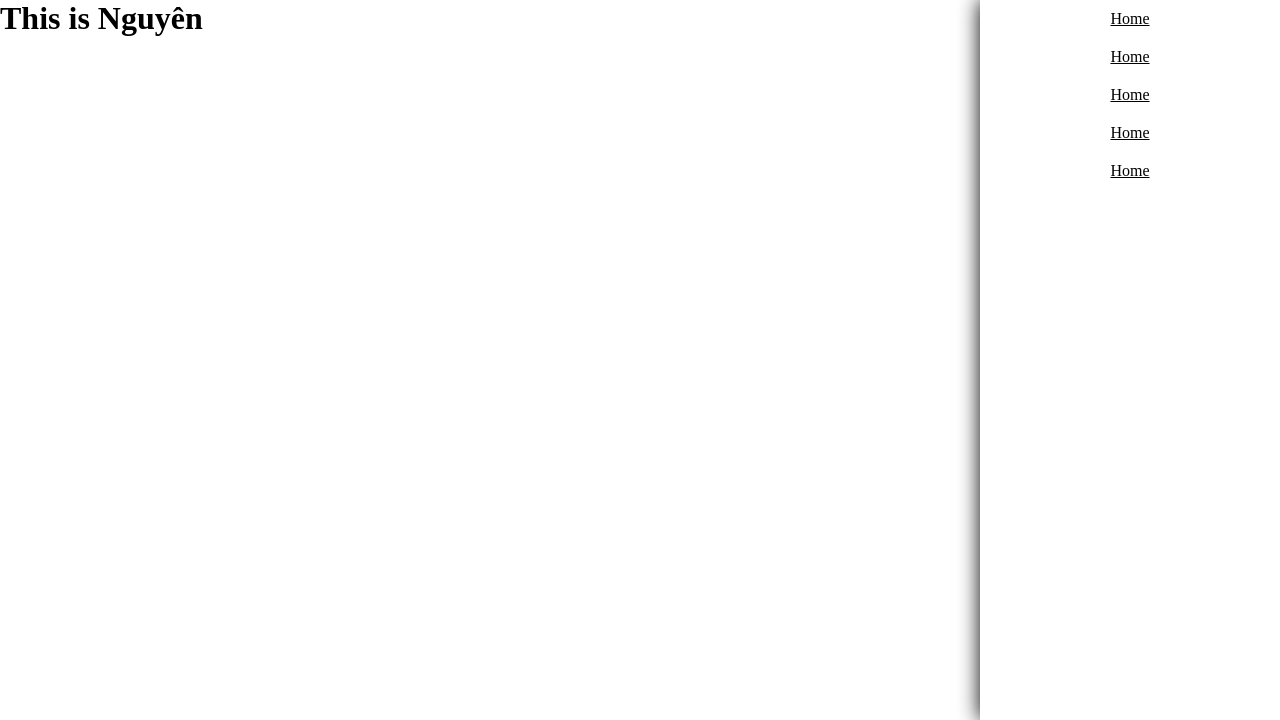
Repository: KhoiNguyen77/JS-C-Ba-n
Page: index.html
These files come from the project's save history. The page is drawn as it stood at one moment and after the next save; the edit follows.
The browser window is 1280 px wide. The pictures show the whole page.

Above is the page before, as saved 2023-03-29 17:44:49.
Console error: TypeError: Cannot read properties of null (reading 'getAttribute')

After the next save:
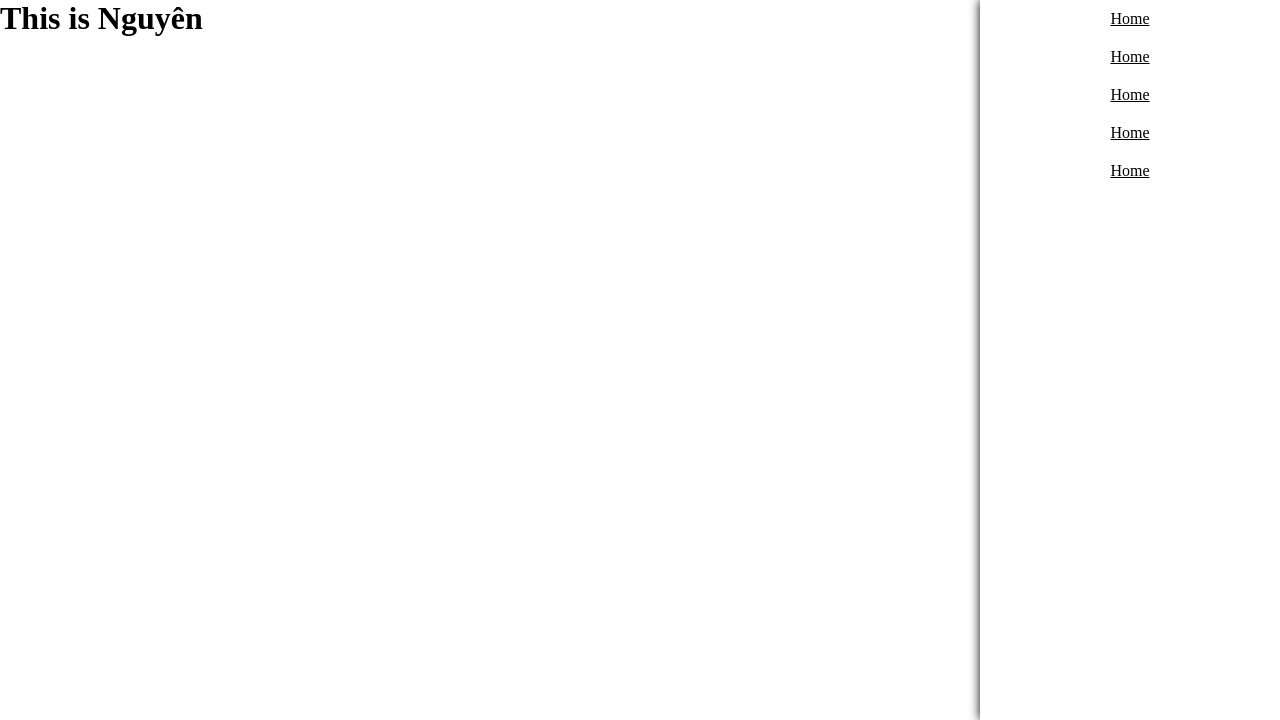
Saved 29 s later.
--- a/index.css
+++ b/index.css
@@ -10,7 +10,7 @@
     top: 0;
     right: 0;
     bottom: 0;
-    box-shadow: 0 0 20px 0;
+    box-shadow: 0 0 10px 0;
     list-style: none;
 
 }
